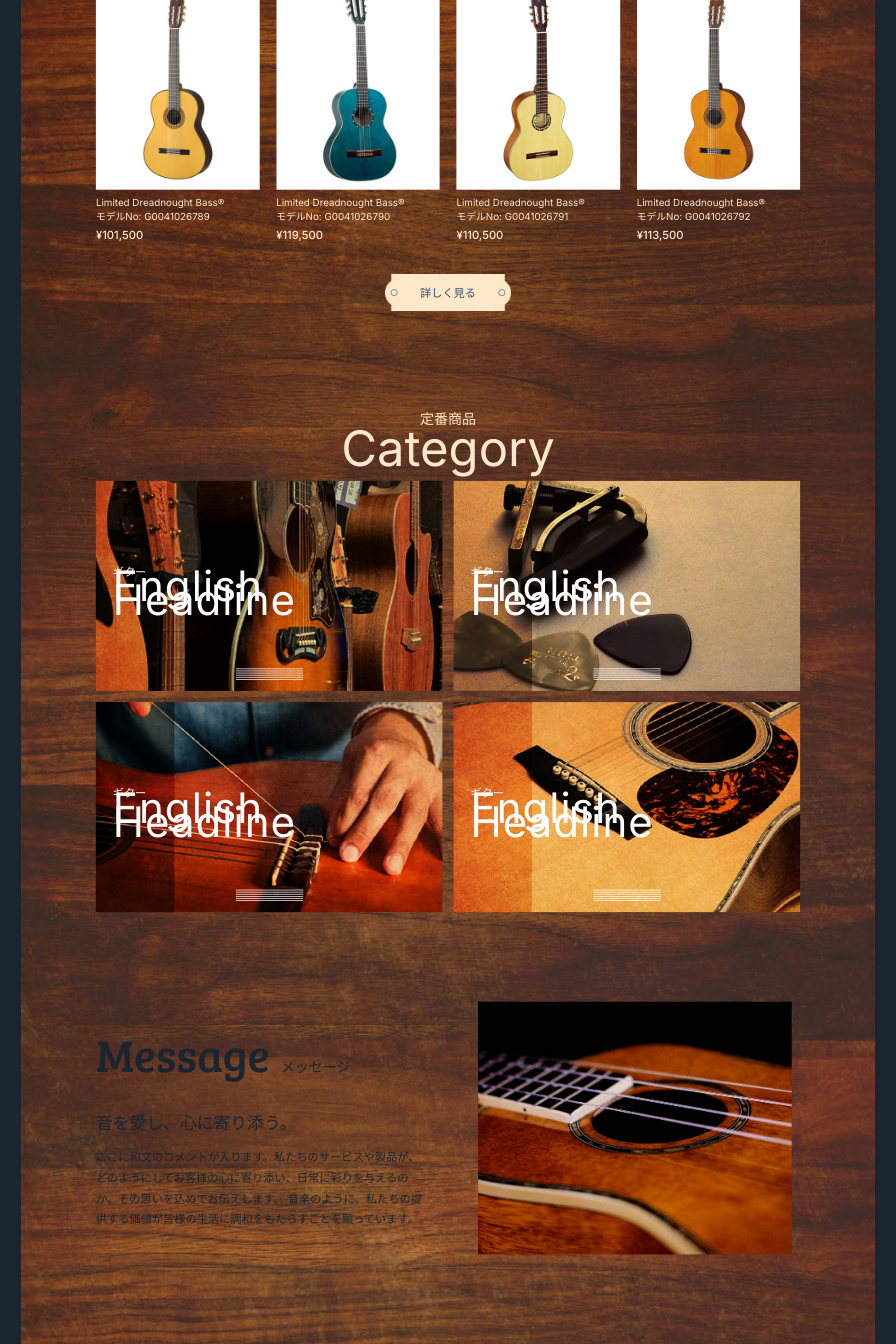
Repository: hyms035k/-----
Page: index.html
The author's editor kept a copy of each file at every save. The page is drawn from the files as they stood at one save, then again after the next save.
The browser window is 1280 px wide. The pictures show the part of the page from y = 1560 to 3480 px (the page is 3480 px tall), at 70% of full size.
Some web fonts or font styles are not loaded; a fallback is used. Some web libraries are served in a nearby version. The style sheet was rebuilt from its Sass, Less or Tailwind sources for each picture, by a compiler version that may differ from the author's.

Above is the page before, as saved 2025-06-05 15:20:26.

After the next save:
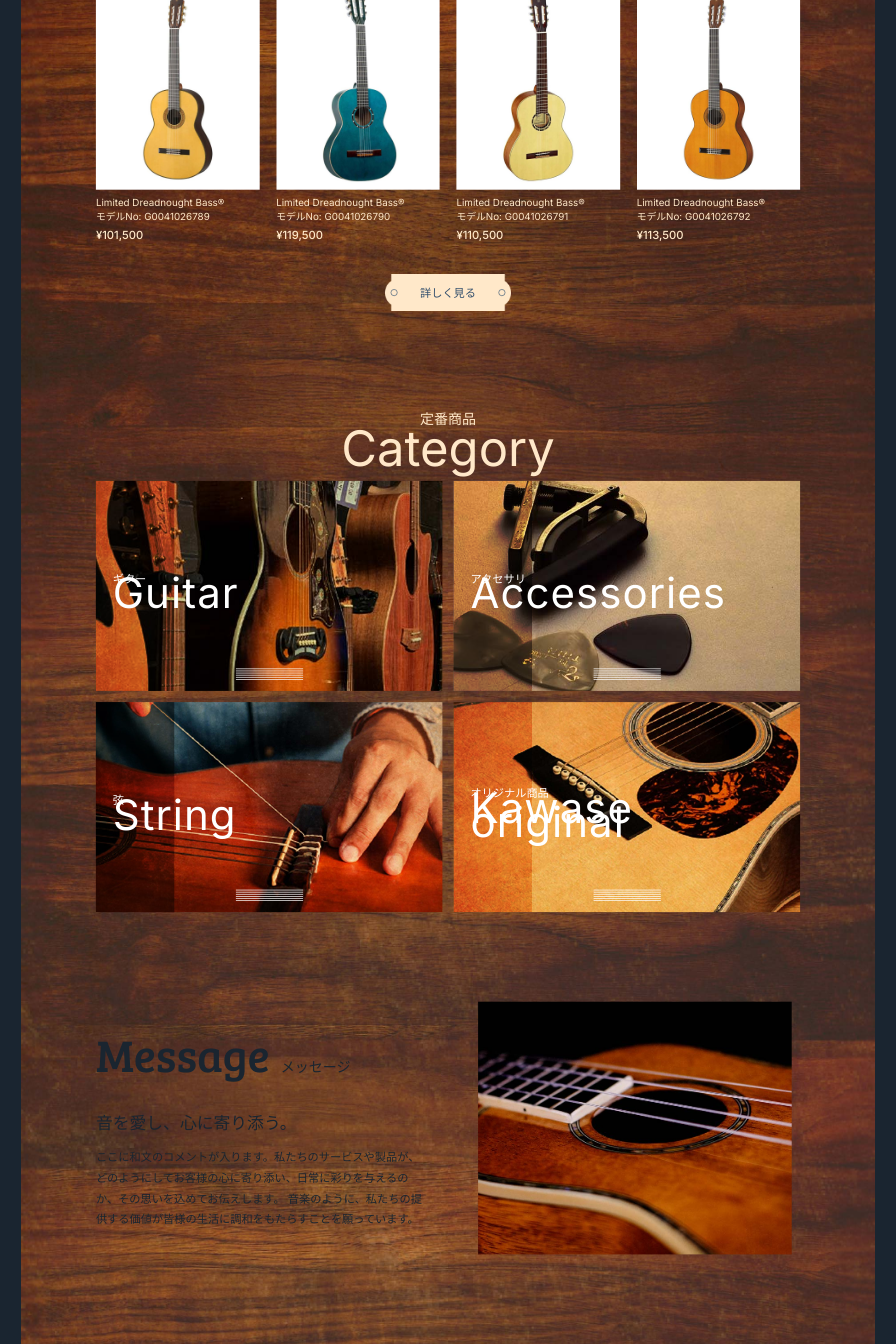
Saved 2 min 17 s later.
--- a/index.html
+++ b/index.html
@@ -212,7 +212,7 @@
                             <div class="absolute inset-0 z-20 flex items-center pl-6 text-white">
                                 <div>
                                     <p class="font-medium leading-tight">ギター</p>
-                                    <p class="text-sm lg:text-[60px] tracking-wide">English Headline</p>
+                                    <p class="text-sm lg:text-[60px] tracking-wide">Guitar</p>
                                 </div>
                             </div>
                             <div class="absolute bottom-4 left-1/2 -translate-x-1/2 flex flex-col gap-[2px] z-20">
@@ -232,8 +232,8 @@
                                 style="width:22.6765799%; background-color:#444140; mix-blend-mode:overlay;"></div>
                             <div class="absolute inset-0 z-20 flex items-center pl-6 text-white">
                                 <div>
-                                    <p class="font-medium leading-tight">ギター</p>
-                                    <p class="text-sm lg:text-[60px] tracking-wide">English Headline</p>
+                                    <p class="font-medium leading-tight">アクセサリ</p>
+                                    <p class="text-sm lg:text-[60px] tracking-wide">Accessories</p>
                                 </div>
                             </div>
                             <div class="absolute bottom-4 left-1/2 -translate-x-1/2 flex flex-col gap-[2px] z-20">
@@ -253,8 +253,8 @@
                                 style="width:22.6765799%; background-color:#444140; mix-blend-mode:overlay;"></div>
                             <div class="absolute inset-0 z-20 flex items-center pl-6 text-white">
                                 <div>
-                                    <p class="font-medium leading-tight">ギター</p>
-                                    <p class="text-sm lg:text-[60px] tracking-wide">English Headline</p>
+                                    <p class="font-medium leading-tight">弦</p>
+                                    <p class="text-sm lg:text-[60px] tracking-wide">String</p>
                                 </div>
                             </div>
                             <div class="absolute bottom-4 left-1/2 -translate-x-1/2 flex flex-col gap-[2px] z-20">
@@ -274,8 +274,8 @@
                                 style="width:22.6765799%; background-color:#444140; mix-blend-mode:overlay;"></div>
                             <div class="absolute inset-0 z-20 flex items-center pl-6 text-white">
                                 <div>
-                                    <p class="font-medium leading-tight">ギター</p>
-                                    <p class="text-sm lg:text-[60px] tracking-wide">English Headline</p>
+                                    <p class="font-medium leading-tight">オリジナル商品</p>
+                                    <p class="text-sm lg:text-[60px] tracking-wide">Kawase original</p>
                                 </div>
                             </div>
                             <div class="absolute bottom-4 left-1/2 -translate-x-1/2 flex flex-col gap-[2px] z-20">
